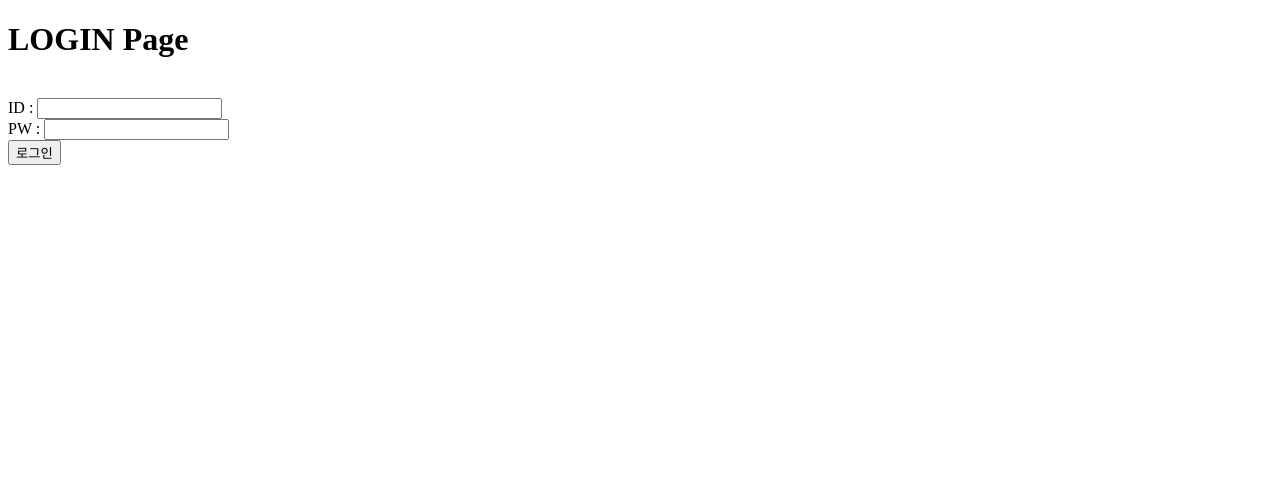
Repository: novemberjj/jsp
Page: http://localhost/jsp_project4/member/login.jsp
These files come from the project's save history. The page is drawn as it stood at one moment and after the next save; the edit follows.
The browser window is 1280 px wide. The pictures show the whole page.
The page is served by Tomcat 9.

Above is the page before, as saved 2023-05-31 01:08:24.

After the next save:
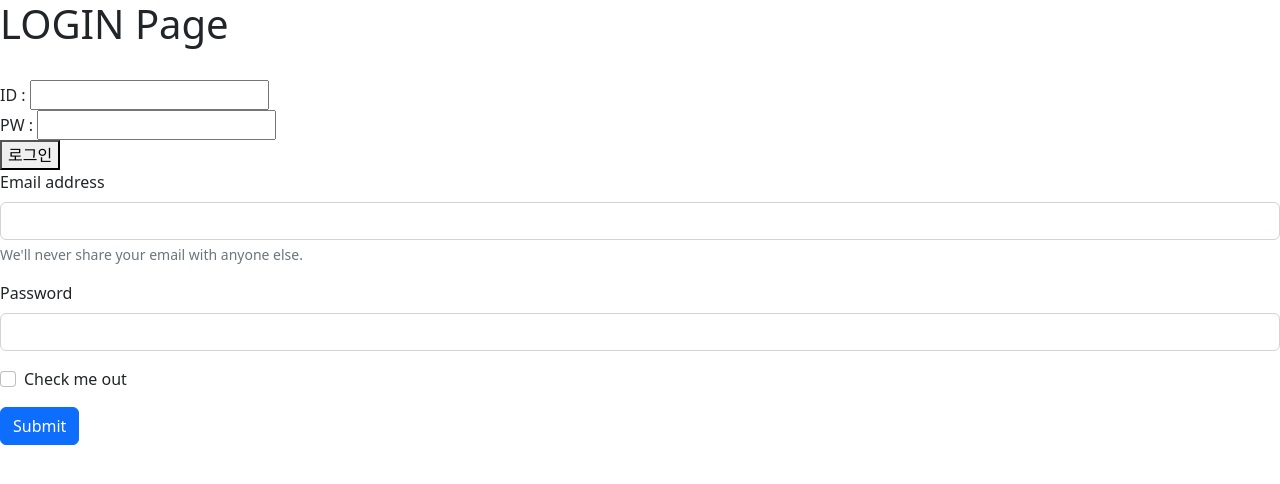
Saved 2 min 10 s later.
--- a/jsp_project4/jsp_project4/src/main/webapp/member/login.jsp
+++ b/jsp_project4/jsp_project4/src/main/webapp/member/login.jsp
@@ -5,8 +5,10 @@
 <head>
 <meta charset="UTF-8">
 <title>Login Page</title>
+<link href="https://cdn.jsdelivr.net/npm/bootstrap@5.2.3/dist/css/bootstrap.min.css" rel="stylesheet" integrity="sha384-rbsA2VBKQhggwzxH7pPCaAqO46MgnOM80zW1RWuH61DGLwZJEdK2Kadq2F9CUG65" crossorigin="anonymous">
 </head>
 <body>
+<script src="https://cdn.jsdelivr.net/npm/bootstrap@5.2.3/dist/js/bootstrap.bundle.min.js" integrity="sha384-kenU1KFdBIe4zVF0s0G1M5b4hcpxyD9F7jL+jjXkk+Q2h455rYXK/7HAuoJl+0I4" crossorigin="anonymous"></script>
 <h1>LOGIN Page</h1>
 <br>
 <form action="/mem/login_auth" method="post">
@@ -15,5 +17,22 @@
 <button type="submit">로그인</button>
 </form>
 
+<form>
+  <div class="mb-3">
+    <label for="exampleInputEmail1" class="form-label">Email address</label>
+    <input type="email" class="form-control" id="exampleInputEmail1" aria-describedby="emailHelp">
+    <div id="emailHelp" class="form-text">We'll never share your email with anyone else.</div>
+  </div>
+  <div class="mb-3">
+    <label for="exampleInputPassword1" class="form-label">Password</label>
+    <input type="password" class="form-control" id="exampleInputPassword1">
+  </div>
+  <div class="mb-3 form-check">
+    <input type="checkbox" class="form-check-input" id="exampleCheck1">
+    <label class="form-check-label" for="exampleCheck1">Check me out</label>
+  </div>
+  <button type="submit" class="btn btn-primary">Submit</button>
+</form>
+
 </body>
 </html>
